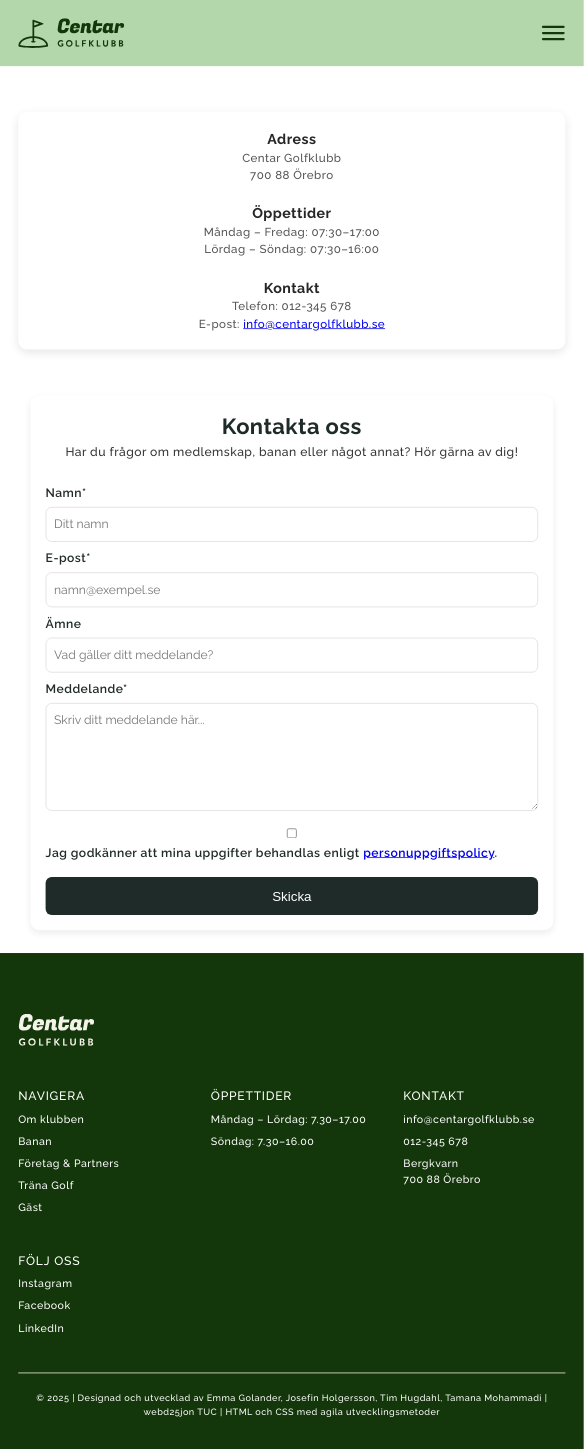
Repository: Tamana831/GolfklubbCentar
Page: kontakt.html
The author's editor kept a copy of each file at every save. The page is drawn from the files as they stood at one save, then again after the next save.
The browser window is 768 px wide. The pictures show the whole page, at 76% of full size.

Above is the page before, as saved 2025-10-24 00:09:07.

After the next save:
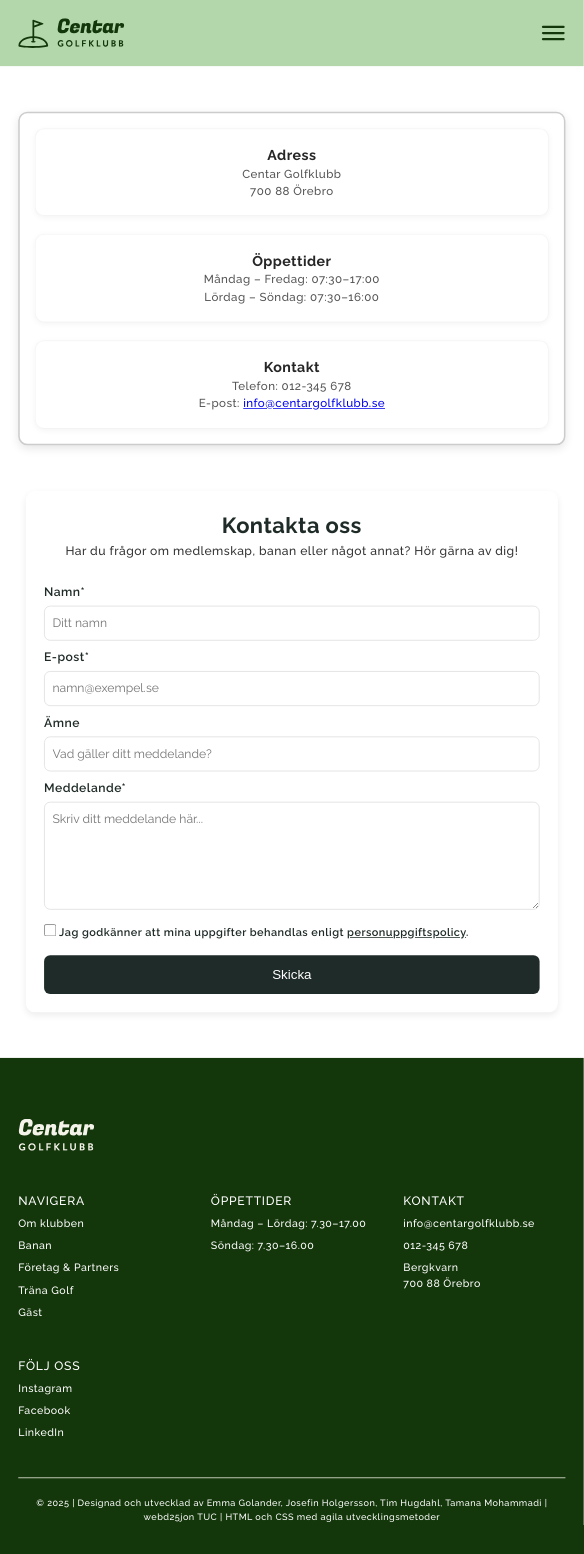
Saved 12 min 16 s later.
--- a/styles/kontakt.css
+++ b/styles/kontakt.css
@@ -1,4 +1,4 @@
-/* --- KONTAKT-SEKTION --- */
+/* KONTAKT-SEKTION – samma stil som medlemssidan */
 .contact-wrapper {
   display: flex;
   justify-content: space-between;
@@ -8,16 +8,46 @@
   margin: 60px auto;
   border: 2px solid #fff;
   border-radius: 12px;
+  background: #fff;
+  box-shadow: 0 4px 12px rgba(0,0,0,0.1);
+  overflow: hidden;
+  padding: 24px;
+  flex-wrap: wrap;
+
 
   background: #fff; /* bakgrundsfärg för hela kontaktboxen */
+
   box-shadow: 0 4px 12px rgba(0, 0, 0, 0.1);
   padding: 24px;
-  flex-wrap: nowrap; /* boxarna ligger bredvid varandra */
+  flex-wrap: nowrap;
+  overflow: hidden;
+
 }
 
 .contact-card {
+  flex: 1;
+  min-width: 260px;
   text-align: center;
+
+  background: #fff;
+  border-radius: 12px;
+  padding: 20px;
+  display: flex;
+  flex-direction: column;
+  justify-content: center;
+  border: 1px solid rgba(0,0,0,0.04);
+  box-shadow: 0 2px 8px rgba(0,0,0,0.05);
+  transition: transform 0.2s ease;
+
+  flex: 1;
+  padding: 12px;
+  transition: 0.2s ease;
+
+
   background: #fff; /* färg för varje liten box */
+
+  background: #fff; /* färg för varje liten box */
+
 }
 
 .contact-card:hover {
@@ -96,21 +126,108 @@
 .contact-form button:hover {
   background: #3a4a46;
 }
-
-/* --- Responsiv design --- */
+.gdpr-label {
+  font-size: 0.9rem;
+  color: #333;
+  margin-top: 16px;
+  display: flex;
+  align-items: flex-start;
+  gap: 8px;
+  line-height: 1.4;
+}
+
+.gdpr-label input {
+  width: 16px;
+  height: 16px;
+  margin-top: 2px;
+  cursor: pointer;
+}
+
+.gdpr-label a {
+  color: #1f2b28;
+  text-decoration: underline;
+}
+
+.gdpr-label a:hover {
+  text-decoration: none;
+}
+
+
+/* --- RESPONSIVT --- */
 @media (max-width: 768px) {
   .contact-wrapper {
-    flex-direction: column; /* staplar boxarna på mobil */
+    flex-direction: column;
+    flex-wrap: wrap;
+  }
+
+/* Responsiv design – staplas på mobil */
+@media (max-width: 768px) {
+  .contact-wrapper {
+    flex-direction: column;
+
     padding: 20px;
   }
-
+}
   .contact-card {
     width: 100%;
-    min-height: auto; /* höjd anpassas på mobil */
-  }
-
-  .contact-container {
-    margin: 30px 16px;
+  }
+
+/* KONTAKT-SEKTION – samma stil som medlemssidan */
+.contact-wrapper {
+  display: flex;
+  justify-content: space-between;
+  align-items: stretch;
+  gap: 24px;
+  max-width: 944px;
+  margin: 60px auto;
+  border: 2px solid #ccc;
+  border-radius: 12px;
+  background: #fff;
+  box-shadow: 0 4px 12px rgba(0,0,0,0.1);
+  overflow: hidden;
+  padding: 24px;
+  flex-wrap: wrap;
+}
+
+.contact-card {
+  flex: 1;
+  min-width: 260px;
+  text-align: center;
+  background: #fff;
+  border-radius: 12px;
+  padding: 20px;
+  display: flex;
+  flex-direction: column;
+  justify-content: center;
+  border: 1px solid rgba(0,0,0,0.04);
+  box-shadow: 0 2px 8px rgba(0,0,0,0.05);
+  transition: transform 0.2s ease;
+}
+
+.contact-card:hover {
+  transform: translateY(-3px);
+}
+
+.contact-card h2 {
+  font-size: 1.2rem;
+  margin-bottom: 10px;
+  color: #1f2b28;
+}
+
+.contact-card p {
+  font-size: 0.95rem;
+  color: #555;
+  line-height: 1.5;
+}
+}
+/* Responsiv design – staplas på mobil */
+@media (max-width: 768px) {
+  .contact-wrapper {
+    flex-direction: column;
     padding: 20px;
   }
-}
+
+  .contact-card {
+    width: 100%;
+  }
+}
